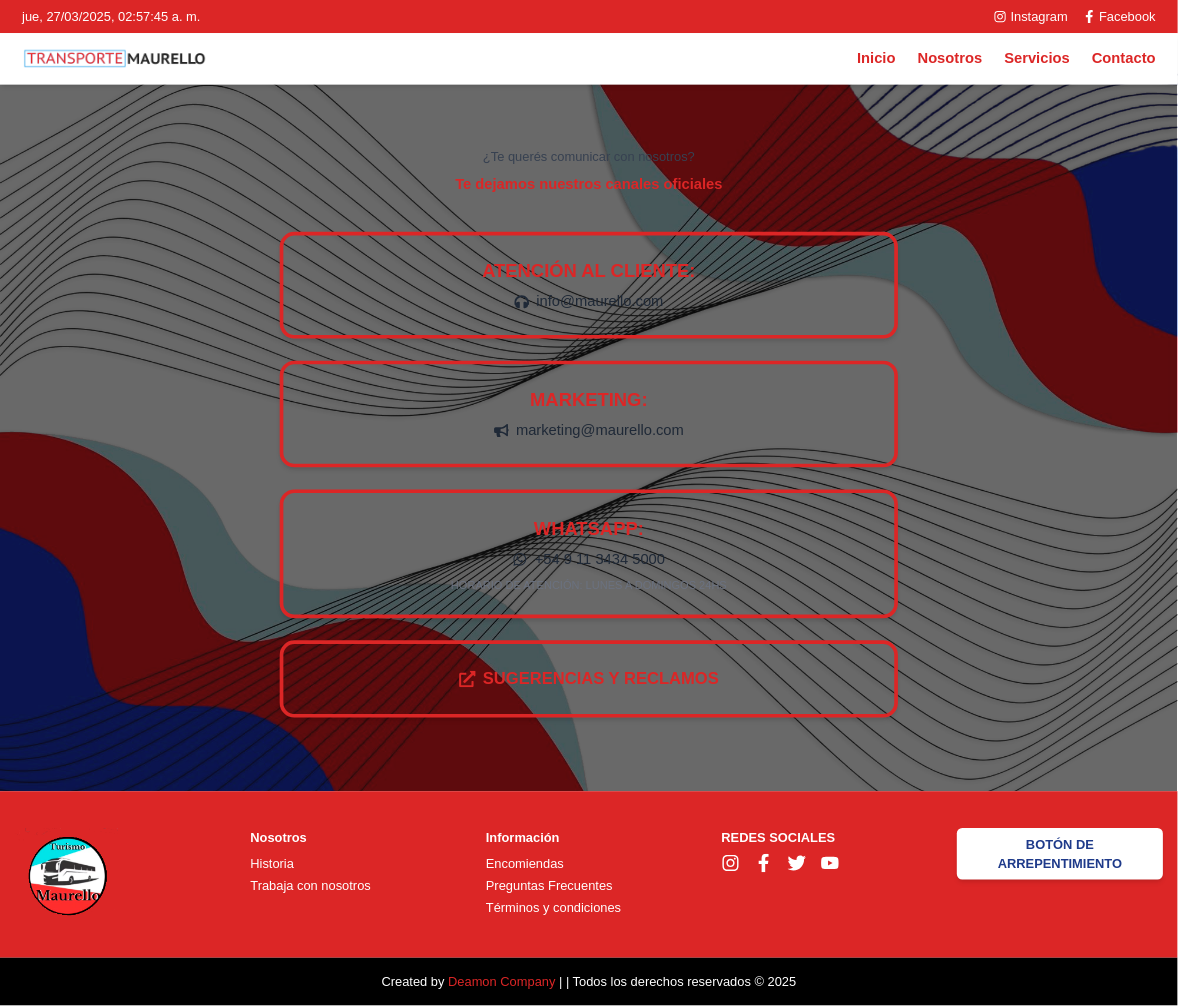
Repository: francoluca35/empresacolectivo
Page: /Contacto
The author's editor kept a copy of each file at every save. The page is drawn from the files as they stood at one save, then again after a run of saves.
The browser window is 1280 px wide. The pictures show the whole page, at 92% of full size.
The project was rebuilt for these pictures with package versions that can differ from the ones it lists, and the page was loaded fresh each time. The framework's server and built-in components were replaced by stand-ins that run in the browser. Also part of the build but not shown: next.config.js, next.config.mjs.

Above is the page before, as saved 2025-03-27 03:06:06.

After the next 2 saves:
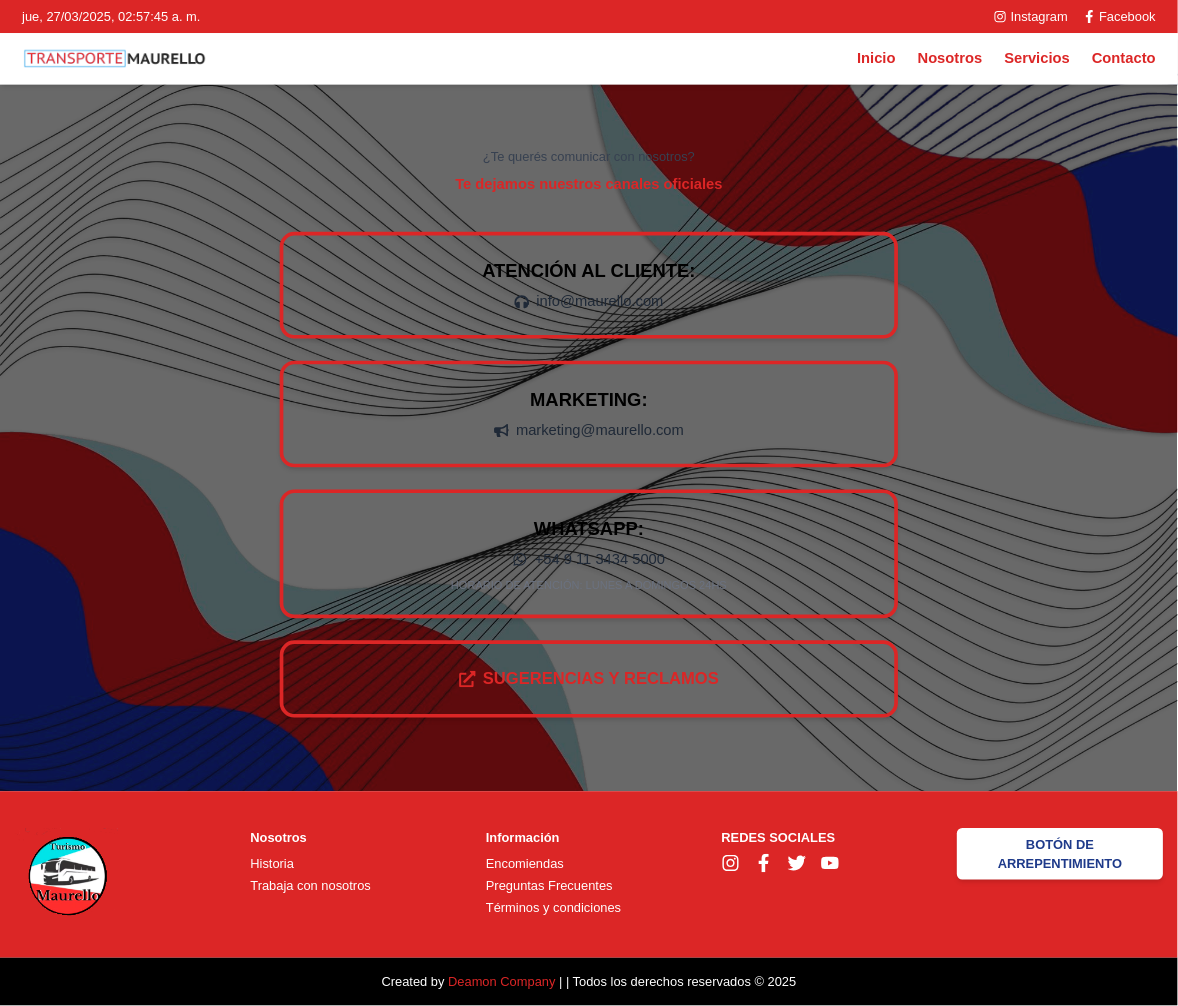
The 2 saves are shown as one change because they came seconds apart.
The last was saved 24 s later.
--- a/src/app/Contacto/page.js
+++ b/src/app/Contacto/page.js
@@ -24,7 +24,7 @@
       <div className="max-w-2xl mx-auto flex flex-col gap-6">
         {/* Atención al cliente */}
         <div className="border-4 border-red-600 rounded-2xl py-6 px-4 shadow-md hover:bg-white">
-          <h3 className="text-xl text-red-600 font-bold mb-2">ATENCIÓN AL CLIENTE:</h3>
+          <h3 className="text-xl text-red-790 font-bold mb-2">ATENCIÓN AL CLIENTE:</h3>
           <p className="text-gray-800 flex justify-center items-center gap-2">
             <FaHeadphones /> info@maurello.com
           </p>
@@ -32,7 +32,7 @@
 
         {/* Marketing */}
         <div className="border-4 border-red-600 rounded-2xl py-6 px-4 shadow-md hover:bg-white">
-          <h3 className="text-xl text-red-600 font-bold mb-2">MARKETING:</h3>
+          <h3 className="text-xl text-red-790 font-bold mb-2">MARKETING:</h3>
           <p className="text-gray-800 flex justify-center items-center gap-2">
             <FaBullhorn /> marketing@maurello.com
           </p>
@@ -40,7 +40,7 @@
 
         {/* WhatsApp */}
         <div className="border-4 border-red-600 rounded-2xl py-6 px-4 shadow-md hover:bg-white">
-          <h3 className="text-xl text-red-600 font-bold mb-2">WHATSAPP:</h3>
+          <h3 className="text-xl text-red-790 font-bold mb-2">WHATSAPP:</h3>
           <p className="text-gray-800 flex justify-center items-center gap-2 mb-2">
             <FaWhatsapp /> +54 9 11 3434 5000
           </p>
